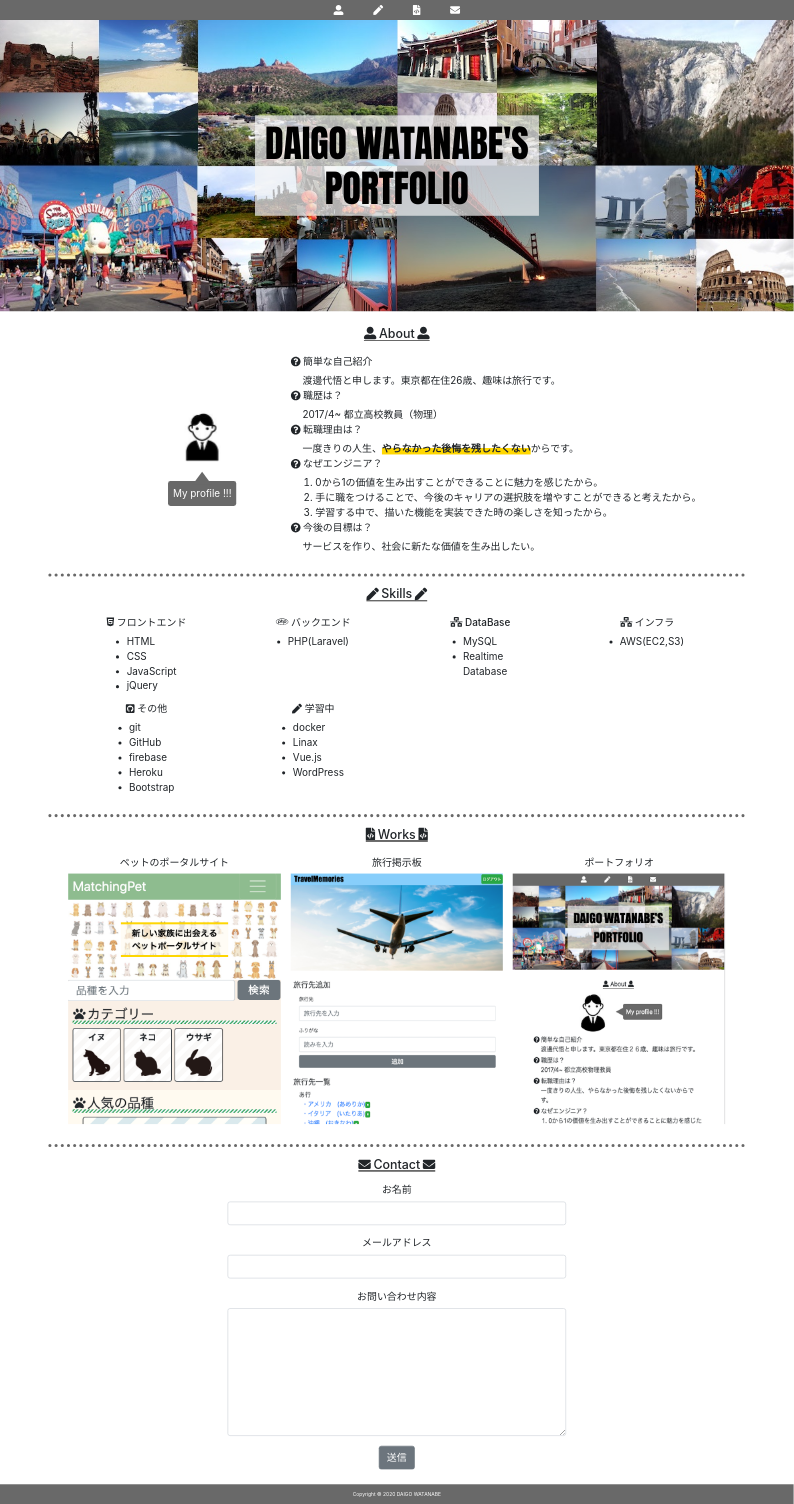
Repository: watanabedaigo/Portfolio
Page: public/index.html
The author's editor kept a record of every edit. The page is drawn from the files as they stood at one moment, then again after the next edit.
The browser window is 1280 px wide. The pictures show the whole page, at 62% of full size.
Some web libraries are served in a nearby version.

Above is the page before.

After the next edit:
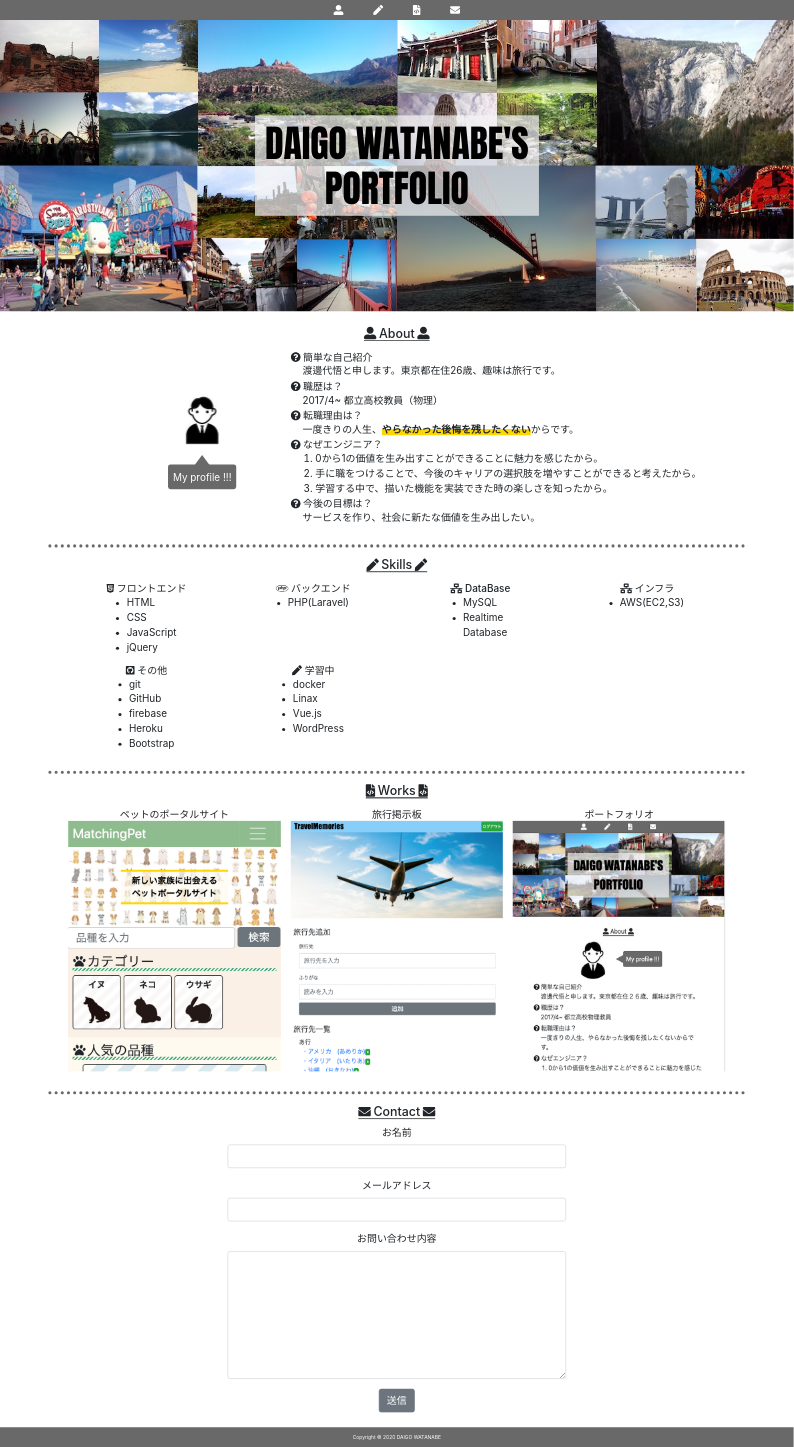
The edit:
--- a/public/css/main.css
+++ b/public/css/main.css
@@ -1,4 +1,4 @@
-p {
+p , h5 , h6 {
     margin-bottom:0!important;
 }
 
